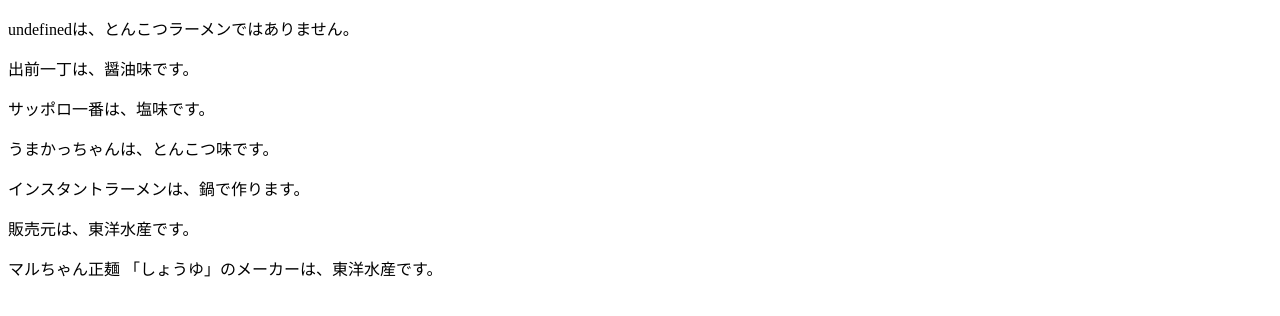
Repository: matsuryu0325/18_JS_practise
Page: 0422/ramen2.html
These files come from the project's save history. The page is drawn as it stood at one moment and after the next save; the edit follows.
The browser window is 1280 px wide. The pictures show the whole page.

Above is the page before, as saved 2024-04-22 11:32:24.

After the next save:
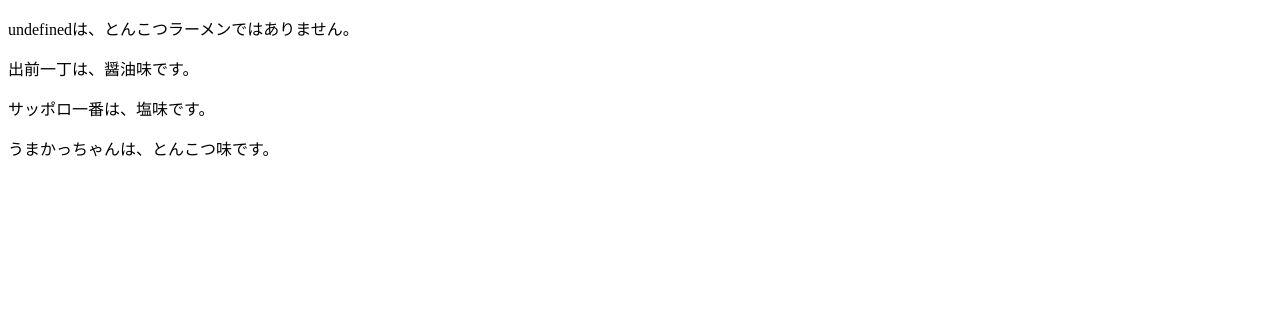
Console error: ReferenceError: Cannot access 'Maker' before initialization
Saved 86 s later.
--- a/0422/ramen2.html
+++ b/0422/ramen2.html
@@ -94,6 +94,10 @@
             document.body.insertAdjacentHTML("beforeend", ramen.descript());
         });
 
+        const maker = new Maker("マルちゃん正麺", "しょうゆ", "東洋水産");
+        //サブクラスはオーバーライドされる
+        document.body.insertAdjacentHTML("beforeend", maker.descript());
+
         document.body.insertAdjacentHTML("beforeend", InstantNoodle.making());
         console.log(InstantNoodle.TYPE);
 
